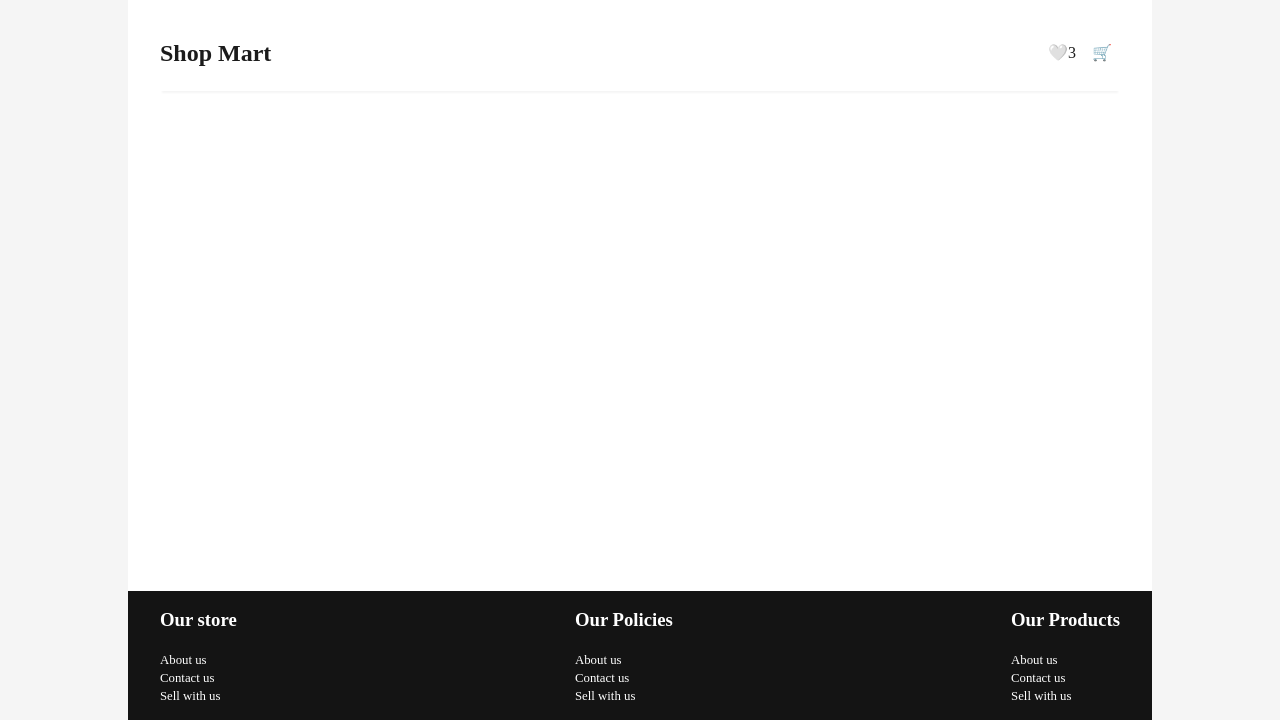
Repository: MeowCeline00/comp3170-lab-1
Page: /
These files come from the project's save history. The page is drawn as it stood at one moment and after the next save; the edit follows.
The browser window is 1280 px wide. The pictures show the whole page.
The project was rebuilt for these pictures with package versions that can differ from the ones it lists, and the page was loaded fresh each time. Also part of the build but not shown: vite.config.js.

Above is the page before, as saved 2024-09-11 13:52:55.

After the next save:
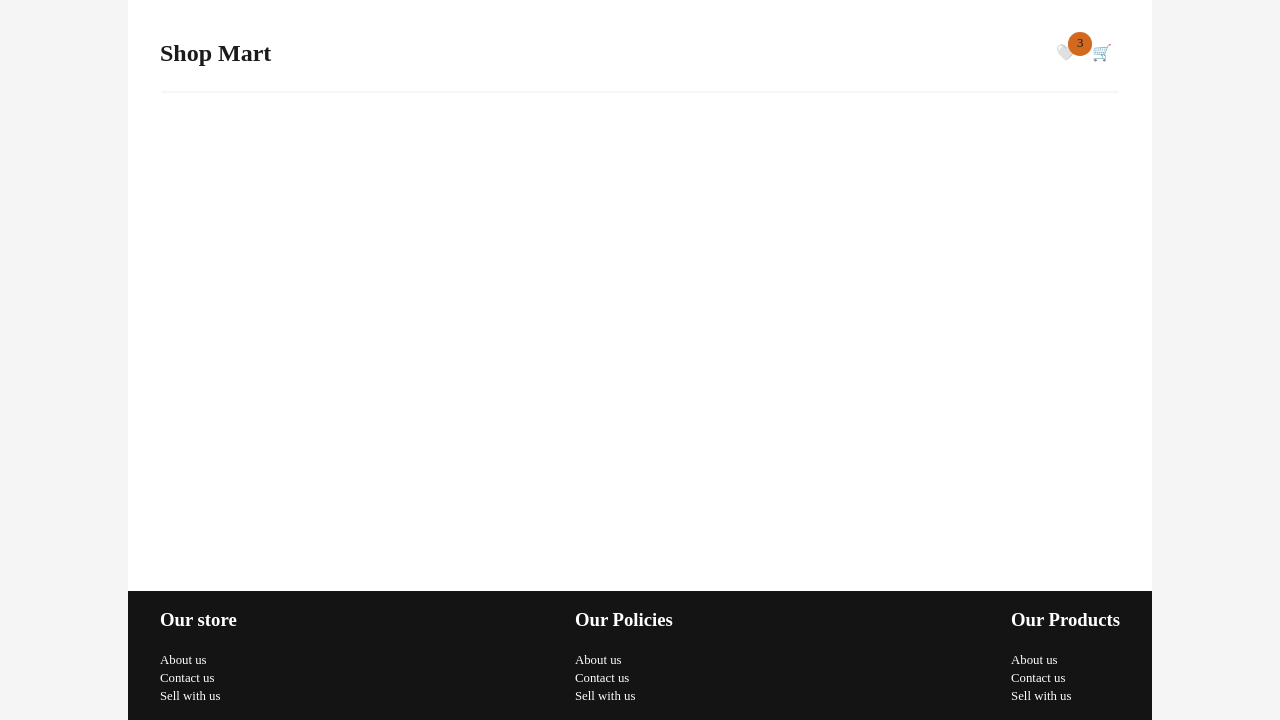
Saved 5 s later.
--- a/src/App.jsx
+++ b/src/App.jsx
@@ -6,7 +6,7 @@ function App() {
             <div>
               <h1>Shop Mart</h1>
               <div>
-              <button className="">
+              <button className="icon-btn">
                 <span>&#129293;</span>
                 <span className="badge">3</span>
                 </button>
